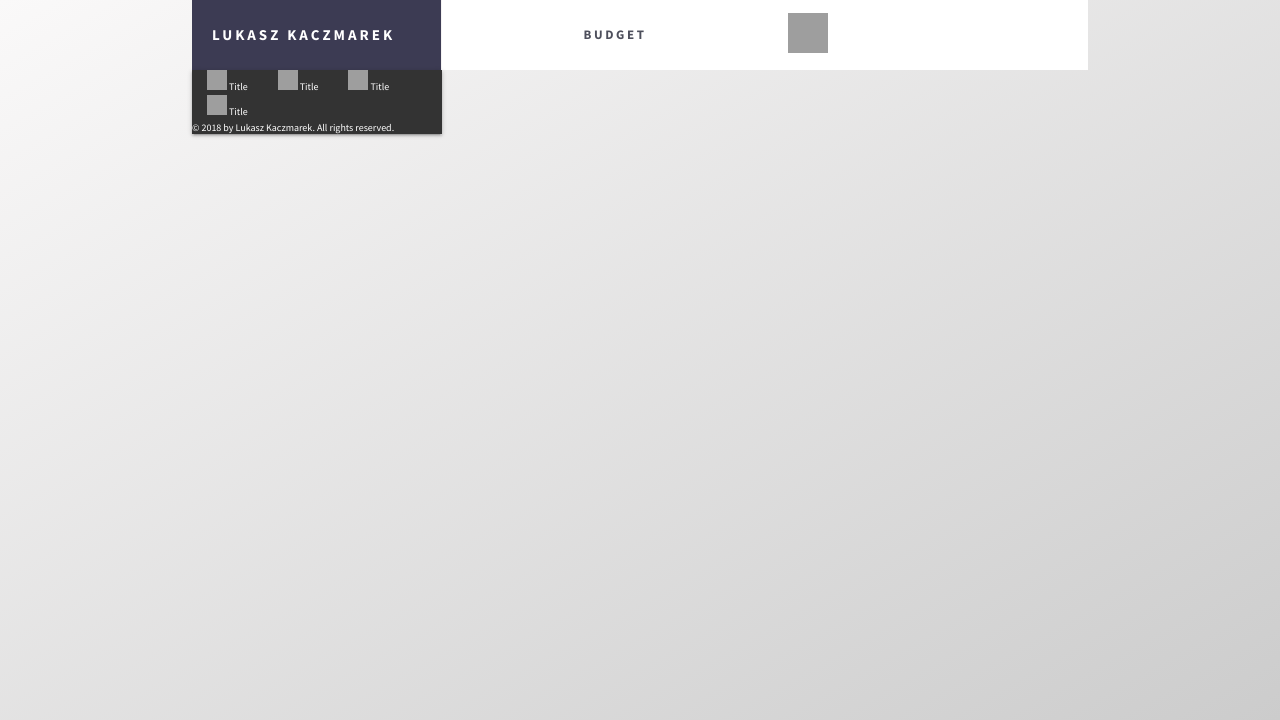
Repository: Archezi/BudgetApplication
Page: index.html
The author's editor kept a copy of each file at every save. The page is drawn from the files as they stood at one save, then again after the next save.
The browser window is 1280 px wide. The pictures show the whole page.
Pictures or frames that could not be fetched are drawn as grey boxes. The style sheet was rebuilt from its Sass, Less or Tailwind sources for each picture, by a compiler version that may differ from the author's.

Above is the page before, as saved 2018-08-28 22:02:53.

### index.html
<!DOCTYPE html>
<html lang="en">
<head>
    <meta charset="UTF-8">
    <meta name="viewport" content="width=device-width, initial-scale=1.0">
    <meta http-equiv="X-UA-Compatible" content="ie=edge">
    <link href="https://fonts.googleapis.com/css?family=Source+Sans+Pro:300,400,700" rel="stylesheet">
    <!--Import Google Icon Font-->
    <link href="https://fonts.googleapis.com/icon?family=Material+Icons" rel="stylesheet">
    <!--Import materialize.css-->
    <link type="text/css" rel="stylesheet" href="css/materialize.min.css"  media="screen,projection"/>
    <!-- Website style.css-->
    <link rel="stylesheet" href="css/style.comp.css">

    <title>Budget Application</title>

</head>
<body>
   <div class="container">
        <header class="header">
            <div class="logo">
                <h1>Lukasz Kaczmarek</h1>
            </div>
            <div class="page_title">
                <h2>Budget</h2>
            </div>
            <div class="user-nav">
                <div class="user-nav__icon"></div>
                <div class="user-nav__profile">
                    <img src="https://source.unsplash.com/random/40x40" alt="">
                </div>
            </div>
        </header>

        <div class="content">
            <nav class="sidebar">
                <ul class="side-nav">
                    <li class="side-nav__item side-nav__item--active">
                        <a href="#" class="side-nav__link">
                            <img src="https://source.unsplash.com/random/20x20" alt="">
                            <span>Title</span>
                        </a>
                    </li>
                    <li class="side-nav__item side-nav__item--active">
                        <a href="#" class="side-nav__link">
                            <img src="https://source.unsplash.com/random/20x20" alt="">
                            <span>Title</span>
                        </a>
                    </li>
                    <li class="side-nav__item side-nav__item--active">
                        <a href="#" class="side-nav__link">
                            <img src="https://source.unsplash.com/random/20x20" alt="">
                            <span>Title</span>
                        </a>
                    </li>
                    <li class="side-nav__item side-nav__item--active">
                        <a href="#" class="side-nav__link">
                            <img src="https://source.unsplash.com/random/20x20" alt="">
                            <span>Title</span>
                        </a>
                    </li>
                </ul>

                <div class="legal">
                    &copy; 2018 by Lukasz Kaczmarek. All rights reserved.
                </div>
            </nav>

            <div class="main">
                <div class="budget">
                    <div class="income-panel"> </div>
                    <div class="history-panel"></div>
                    <div class="expenses-panel"></div>
                </div>
                <div class="statistics">
                    <div class="net-profit-panel"></div>
                    <div class="tax-panel"></div>
                    <div class="savings-panel"></div>

                </div>
            </div>

        </div>
   </div>

   <!-- Compiled and minified JavaScript -->
   <script src="https://cdnjs.cloudflare.com/ajax/libs/materialize/1.0.0-rc.2/js/materialize.min.js"></script>
</body>
</html>

### sass/main.scss
@import "base/reset";
@import "base/base";
@import "base/typography";

@import "components/mainComponent";
@import "components/layout";

### sass/base/_base.scss
:root {
    --color-primary: #eb2f64;
    --color-primary-light: #FF3366;
    --color-primary-dark: #BA265D;

    --color-background-dark: #3C3B53;
    --color-background-light: #43425D;

    --color-grey-light-1: #faf9f9;
    --color-grey-light-2: #f4f2f2;
    --color-grey-light-3: #f0eeee;
    --color-grey-light-4: #ccc;

    --color-grey-dark-1: #333;
    --color-grey-dark-2: #4D4F5C;
    --color-grey-dark-3: #999;
    --color-white: #fff;
    --shadow-dark: 0 2rem 6rem rgba(0,0,0,.3);
    --shadow-light: 0 2rem 5rem rgba(0,0,0,.06);

    --line: 1px solid var(--color-grey-light-2);
}

$bp-largest: 75em;     // 1200px
$bp-large: 68.75em;    // 1100px
$bp-medium: 56.25em;   // 900px
$bp-small: 37.5em;     // 600px
$bp-smallest: 31.25em; // 500px

* {
    margin: 0;
    padding: 0;
}

*,
*::before,
*::after {
    box-sizing: inherit;
}

html {
    box-sizing: border-box;
    font-size: 62.5%; // 1rem = 10px, 10px/16px = 62.5%

    @media only screen and (max-width: $bp-large) {
        font-size: 50%;
    }
}

body {


    color: var(--color-grey-dark-2);
    background-image: linear-gradient(to right bottom, var(--color-grey-light-1), var(--color-grey-light-4));
    background-size: cover;
    background-repeat: no-repeat;

    min-height: 100vh;
}

### sass/base/_typography.scss
body {

    font-weight: 400;
    line-height: 1.6;
    font-family: 'Source Sans Pro', sans-serif;
    text-rendering: optimizeLegibility;
    -webkit-font-smoothing: antialiased;

}

### sass/components/_mainComponent.scss

//////////////////////////////////////////
// Header

.logo {
    width: 25rem;
    padding: 0 2rem;

    border-right: var(--line);
    background: var(--color-background-dark);
    h1 {

        align-self: center;
        font-size: 1.5rem;
        font-weight: 700;
        line-height: 2rem;
        letter-spacing: 0.2em;
        text-transform: uppercase;
        padding: 2.5rem 0;
        color: var(--color-white);

    }
}
.page_title {
    width: 30rem;
    text-align: center;
    h2 {
        font-size: 1.3rem;
        font-weight: 700;
        letter-spacing: 0.2em;
        text-transform: uppercase;
    }
}
.user-nav {
    width: 30rem;
}

.content {

    display: flex;

    .sidebar {
        width: 25rem;
    }
}

### sass/components/_layout.scss
.container {
    max-width: 100%;
    min-height: 100vh;
    margin: 0 auto;

}

.header {
    height: 7rem;
    background: var(--color-white);
    display: flex;
    justify-content: space-between;
    align-items: center;
}
.sidebar {

    background-color: var(--color-grey-dark-1);
    lex: 0 0 18%;

    display: flex;
    flex-direction: column;
    justify-content: space-between;
}

Loaded but not shown: css/materialize.min.css (library); sass/base/_reset.scss (common file)

After the next save:
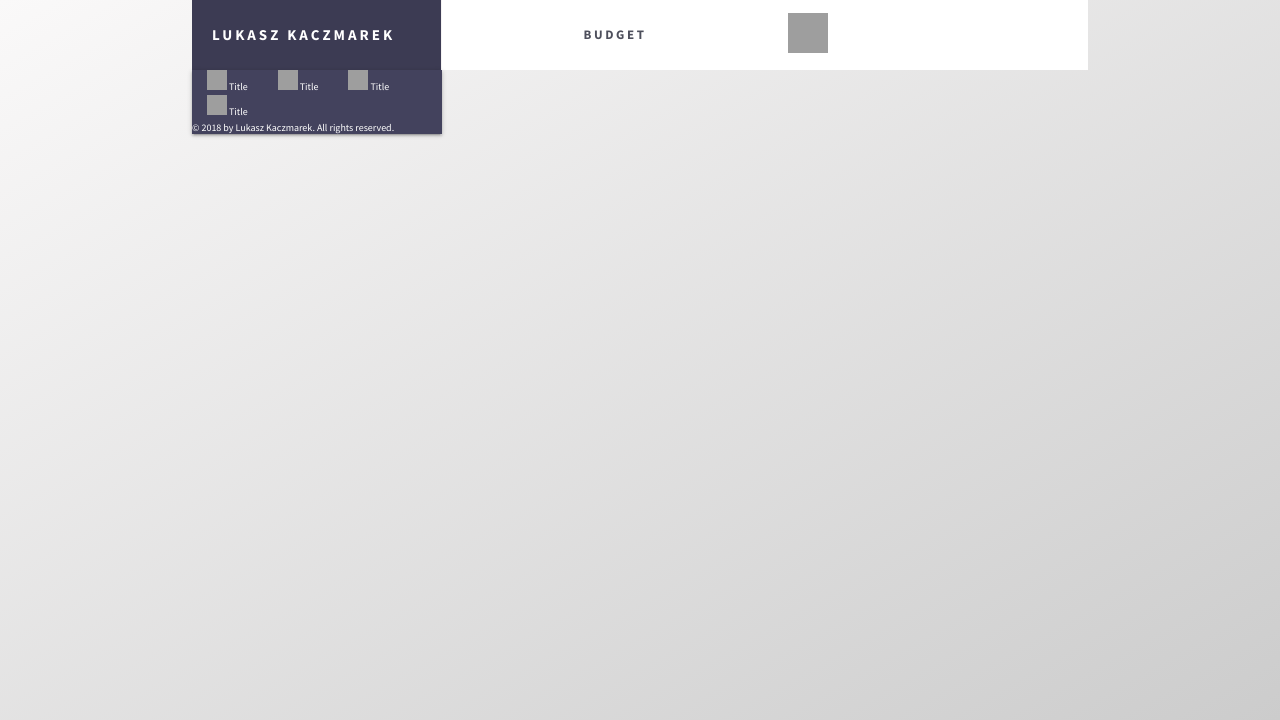
Saved 26 s later.
--- a/sass/components/_layout.scss
+++ b/sass/components/_layout.scss
@@ -14,7 +14,7 @@
 }
 .sidebar {
 
-    background-color: var(--color-grey-dark-1);
+    background-color: var(--color-background-light);
     lex: 0 0 18%;
 
     display: flex;
